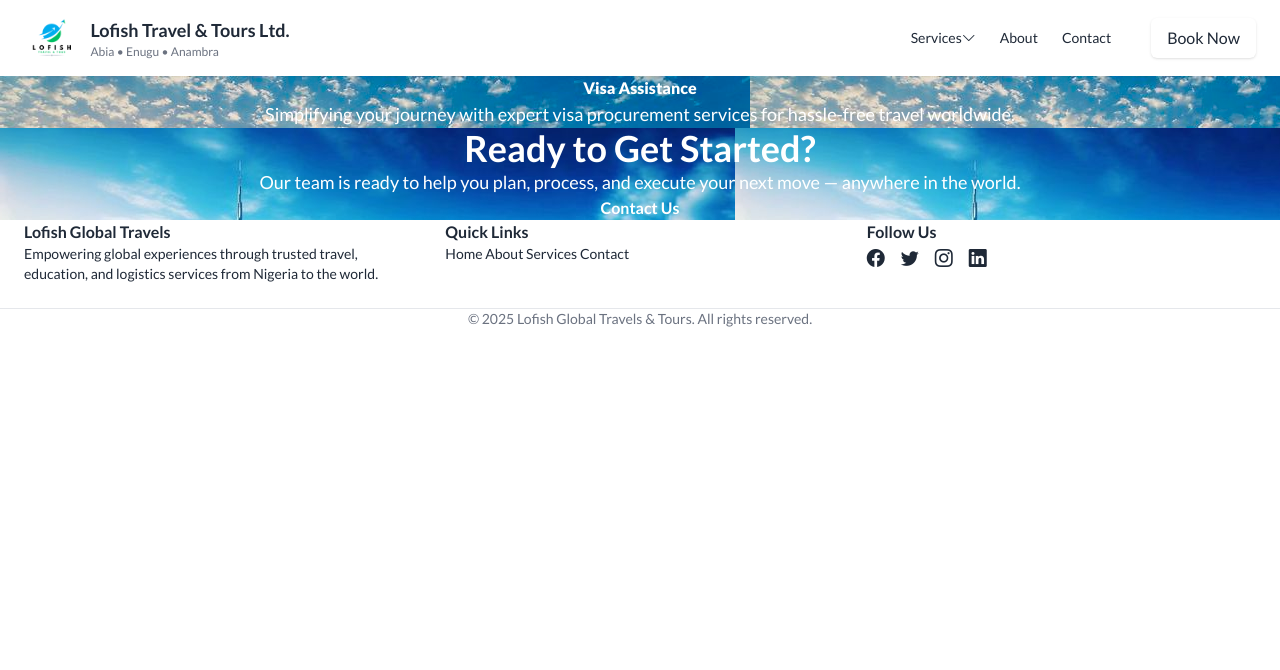
Repository: PhantomMiles/Lofish-Travels-and-Tours
Page: visa.html
An editor plug-in stored every save of this project. The page is shown before and after a run of saves, followed by the edit.
The browser window is 1280 px wide. The pictures show the whole page.

Above is the page before, as saved 2025-11-14 12:29:40.

### visa.html
<!DOCTYPE html>
<html lang="en">

<head>
  <meta charset="UTF-8" />
  <meta name="viewport" content="width=device-width, initial-scale=1.0" />
  <title>Our Services | Lofish Global Travels & Tours</title>

  <link rel="icon" type="image/png" href="img/logo_lofish.png" />
  <link rel="stylesheet" href="css/main.css">
  <link rel="stylesheet" href="node_modules/bootstrap-icons/font/bootstrap-icons.min.css">
  <link rel="preconnect" href="https://fonts.googleapis.com">
  <link rel="preconnect" href="https://fonts.gstatic.com" crossorigin>
  <link href="https://fonts.googleapis.com/css2?family=Lato:wght@300;400;700;900&display=swap" rel="stylesheet">
  <link rel="stylesheet" href="https://cdn.jsdelivr.net/npm/bootstrap-icons@1.11.3/font/bootstrap-icons.css">
  <style>
    /* small helper to keep font consistent */
    body { font-family: 'Lato', system-ui, -apple-system, "Segoe UI", Roboto, "Helvetica Neue", Arial; };
  </style>
</head>

<body class="antialiased text-gray-800 bg-teal-500/5">


  <!-- ========================================================= -->
  <!-- HEADER (EXACT COPY FROM ABOUT.HTML) -->
  <!-- ========================================================= -->
  <header class="sticky top-0 z-50 w-full bg-white shadow-sm">
    <div class="flex items-center justify-between px-6 py-4 mx-auto max-w-7xl">
        <a class="flex items-center gap-3" href="index.html">
        <img src="img/logo_lofish.png" alt="Lofish logo" class="object-contain h-10 rounded-md w-14" />
        <div>
            <h1 class="text-lg font-semibold">Lofish Travel &amp; Tours Ltd.</h1>
            <p class="text-xs text-gray-500">Abia • Enugu • Anambra</p>
        </div>
        </a>

        <!-- Desktop nav -->
        <nav class="items-center hidden gap-6 md:flex">
        <!-- Services dropdown (desktop) -->
        <div class="relative" id="servicesDropdownWrapper">
            <button id="servicesBtn" aria-expanded="false" class="flex items-center gap-2 py-1 text-sm font-medium text-gray-700  focus:outline-none group">
            Services
            <i class="bi bi-chevron-down"></i>
            <span class="absolute left-0 bottom-0 h-0.5 bg-teal-500 transition-all duration-300 w-full"></span>
            </button>

            <!-- dropdown panel -->
            <div id="servicesDropdown" class="absolute right-0 invisible w-56 mt-2 transition-all origin-top-right transform scale-95 bg-white rounded-md shadow-lg opacity-0 pointer-events-none ring-1 ring-black ring-opacity-5">
            <div class="py-2">
                <a href="visa.html" class="block px-4 py-2 text-sm text-gray-700 hover:bg-teal-700/10">Visa Procurement</a>
                <a href="flights.html" class="block px-4 py-2 text-sm text-gray-700 hover:bg-teal-700/10">Flight Ticketing</a>
                <a href="hotels.html" class="block px-4 py-2 text-sm text-gray-700 hover:bg-teal-700/10">Hotel Reservations</a>
                <a href="freight.html" class="block px-4 py-2 text-sm text-gray-700 hover:bg-teal-700/10">Freight &amp; Customs</a>
            </div>
            </div>
        </div>

        <a href="about.html" class="relative block py-1 mb-2 text-sm font-medium text-gray-700 transition-all duration-500 cursor-pointer md:mb-0 lg:text-left group">About
            <span class="absolute left-0 bottom-0 w-0 h-0.5 bg-teal-500 transition-all duration-300 group-hover:w-full"></span>
        </a>
        <a href="contact.html" class="relative block py-1 mb-2 text-sm font-medium text-gray-700 transition-all duration-500 cursor-pointer  md:mb-0 lg:text-left group">Contact
            <span class="absolute left-0 bottom-0 w-0 h-0.5 bg-teal-500 transition-all duration-300 group-hover:w-full"></span>
        </a>

        <button id="bookBtn" class="px-4 py-2 ml-4 font-medium text-black transition rounded-md shadow bg-gold hover:brightness-95">Book Now</button>
        </nav>

        <!-- Mobile toggle -->
        <div class="flex items-center gap-2 md:hidden">
        <button id="bookBtnMobile" class="px-3 py-2 text-sm font-medium text-black rounded-md bg-gold">Book</button>
        <button id="menuBtn" aria-expanded="false" class="p-2 border rounded-md">
            <svg xmlns="http://www.w3.org/2000/svg" class="w-6 h-6" fill="none" viewBox="0 0 24 24" stroke="currentColor" aria-hidden="true">
            <path stroke-linecap="round" stroke-linejoin="round" stroke-width="2" d="M4 6h16M4 12h16M4 18h16" />
            </svg>
        </button>
        </div>
    </div>

    <!-- Mobile menu (collapsible) -->
    <div id="mobileMenu" class="hidden border-t md:hidden">
        <div class="px-4 py-4 space-y-3">
        <!-- Services with collapsible submenu -->
        <div class="space-y-1">
            <button id="mobileServicesBtn" aria-expanded="false" class="flex items-center justify-between w-full px-3 py-2 text-left rounded-md hover:bg-royalBlue/5">
            <span class="font-medium">Services</span>
            <svg class="w-4 h-4 text-gray-600" viewBox="0 0 24 24" fill="none" stroke="currentColor"><path stroke-linecap="round" stroke-linejoin="round" stroke-width="2" d="M19 9l-7 7-7-7"/></svg>
            </button>
            <div id="mobileServicesPanel" class="hidden pl-4 space-y-1">
            <a href="visa.html" class="block px-3 py-2 text-sm rounded-md hover:bg-royalBlue/5">Visa Procurement</a>
            <a href="flights.html" class="block px-3 py-2 text-sm rounded-md hover:bg-royalBlue/5">Flight Ticketing</a>
            <a href="hotels.html" class="block px-3 py-2 text-sm rounded-md hover:bg-royalBlue/5">Hotel Reservations</a>
            <a href="freight.html" class="block px-3 py-2 text-sm rounded-md hover:bg-royalBlue/5">Freight &amp; Customs</a>
            </div>
        </div>

        <a href="about.html" class="block px-3 py-2 rounded-md hover:bg-royalBlue/5">About</a>
        <a href="contact.html" class="block px-3 py-2 rounded-md hover:bg-royalBlue/5">Contact</a>
        </div>
    </div>
  </header>

  <!-- ========================================================= -->
  <!-- HERO SECTION -->
  <!-- ========================================================= -->
  <section class="relative overflow-hidden  bg-no-repeat bg-fixed bg-cover bg-center py-28" style="background-image:url('./img/services-hero.jpg');">
    <div class="absolute inset-0 bg-black/50"></div>
    <div class="relative z-10 max-w-4xl px-6 mx-auto text-center text-white">
      <h1 class="mb-4 text-5xl font-extrabold">Visa Assistance</h1>
      <p class="text-lg text-gray-200">
        Simplifying your journey with expert visa procurement services for hassle-free travel worldwide.
      </p>
    </div>
  </section>

  <!-- ========================================================= -->
    <!-- MAIN CONTENT -->
    <section class="">

    </section>


  <!-- ========================================================= -->
  <!-- CTA SECTION -->
  <!-- ========================================================= -->
  <section class="relative py-20 text-center text-white bg-fixed bg-center bg-cover"
    style="background-image:url('./img/cta.jpg');">
    <div class="absolute inset-0 bg-black/70"></div>

    <div class="relative z-10 max-w-3xl mx-auto px-6">
      <h2 class="text-4xl font-bold mb-4">Ready to Get Started?</h2>
      <p class="text-lg text-blue-100 mb-6">
        Our team is ready to help you plan, process, and execute your next move — anywhere in the world.
      </p>

      <a href="contact.html"
        class="px-8 py-3 font-semibold text-black bg-gold rounded-md hover:bg-yellow-400 transition">
        Contact Us
      </a>
    </div>
  </section>



  <!-- ========================================================= -->
  <!-- FOOTER (EXACT COPY FROM ABOUT PAGE) -->
  <!-- ========================================================= -->
  <footer class="py-10 text-gray-300 bg-gray-900">
    <div class="grid gap-8 px-6 mx-auto max-w-7xl md:grid-cols-3">
      <div>
        <h3 class="mb-4 text-xl font-bold text-gold">Lofish Global Travels</h3>
        <p class="text-sm text-gray-400">
          Empowering global experiences through trusted travel, education, and logistics services from Nigeria to the world.
        </p>
      </div>

      <div>
        <h3 class="mb-4 text-xl font-bold text-gold">Quick Links</h3>
        <div class="space-x-4 space-y-4 text-sm">
          <a href="index.html" class="hover:text-gold">Home</a>
          <a href="about.html" class="hover:text-gold">About</a>
          <a href="services.html" class="hover:text-gold">Services</a>
          <a href="contact.html" class="hover:text-gold">Contact</a>
        </div>
      </div>

      <div>
        <h3 class="mb-4 text-xl font-bold text-gold">Follow Us</h3>
        <div class="flex space-x-4 gap-4 text-lg">
          <a href="#" class="hover:text-gold"><i class="bi bi-facebook"></i></a>
          <a href="#" class="hover:text-gold"><i class="bi bi-twitter"></i></a>
          <a href="#" class="hover:text-gold"><i class="bi bi-instagram"></i></a>
          <a href="#" class="hover:text-gold"><i class="bi bi-linkedin"></i></a>
        </div>
      </div>
    </div>

    <hr class="mx-auto mt-6 w-[95%]">
    <div class="mt-10 text-sm text-center text-gray-500">
      © 2025 Lofish Global Travels & Tours. All rights reserved.
    </div>
  </footer>



  <!-- ========================================================= -->
  <!-- SCRIPTS (EXACT COPY FROM ABOUT PAGE) -->
  <!-- ========================================================= -->
  <script>
    // Header toggles
    const menuBtn = document.getElementById('menuBtn');
    const mobileMenu = document.getElementById('mobileMenu');
    const bookBtn = document.getElementById('bookBtn');
    const bookBtnMobile = document.getElementById('bookBtnMobile');
    const bookingModal = document.getElementById('bookingModal');
    const closeModal = document.getElementById('closeModal');
    const modalCancel = document.getElementById('modalCancel');

    menuBtn?.addEventListener('click', () => {
      const expanded = menuBtn.getAttribute('aria-expanded') === 'true';
      menuBtn.setAttribute('aria-expanded', String(!expanded));
      mobileMenu.classList.toggle('hidden');
    });

    // Desktop Services dropdown
    const servicesBtn = document.getElementById('servicesBtn');
    const servicesDropdown = document.getElementById('servicesDropdown');
    const servicesWrapper = document.getElementById('servicesDropdownWrapper');

    function openServices() {
      servicesDropdown.classList.remove('invisible', 'opacity-0', 'pointer-events-none', 'scale-95');
      servicesDropdown.classList.add('visible', 'opacity-100', 'pointer-events-auto', 'scale-100');
      servicesBtn.setAttribute('aria-expanded', 'true');
    }
    function closeServices() {
      servicesDropdown.classList.add('invisible', 'opacity-0', 'pointer-events-none', 'scale-95');
      servicesDropdown.classList.remove('visible', 'opacity-100', 'pointer-events-auto', 'scale-100');
      servicesBtn.setAttribute('aria-expanded', 'false');
    }

    servicesBtn?.addEventListener('click', (e) => {
      e.stopPropagation();
      const expanded = servicesBtn.getAttribute('aria-expanded') === 'true';
      if (expanded) closeServices();
      else openServices();
    });

    document.addEventListener('click', (e) => {
      if (!servicesWrapper.contains(e.target)) closeServices();
    });

    const mobileServicesBtn = document.getElementById('mobileServicesBtn');
    const mobileServicesPanel = document.getElementById('mobileServicesPanel');
    mobileServicesBtn?.addEventListener('click', () => {
      const expanded = mobileServicesBtn.getAttribute('aria-expanded') === 'true';
      mobileServicesBtn.setAttribute('aria-expanded', String(!expanded));
      mobileServicesPanel.classList.toggle('hidden');
    });

    // Booking modal
    ;[bookBtn, bookBtnMobile].forEach(b => b?.addEventListener('click', () => {
      bookingModal.classList.remove('hidden');
      bookingModal.querySelector('input')?.focus();
    }));
    closeModal?.addEventListener('click', () => bookingModal.classList.add('hidden'));
    modalCancel?.addEventListener('click', () => bookingModal.classList.add('hidden'));
    bookingModal?.addEventListener('click', (e) => {
      if (e.target === bookingModal) bookingModal.classList.add('hidden');
    });

    // Reveal animation
    const obs = new IntersectionObserver((entries) => {
      entries.forEach(e => {
        if (e.isIntersecting) e.target.classList.add('opacity-100', 'translate-y-0');
      });
    }, {
      threshold: 0.15
    });

    document.querySelectorAll('article, section > .p-6').forEach(el => {
      el.classList.add('opacity-0', 'translate-y-6', 'transition', 'duration-700');
      obs.observe(el);
    });
  </script>

</body>

</html>

Loaded but not shown: node_modules/bootstrap-icons/font/bootstrap-icons.min.css (library); css/main.css (1069 lines, source omitted)

After the next 2 saves:
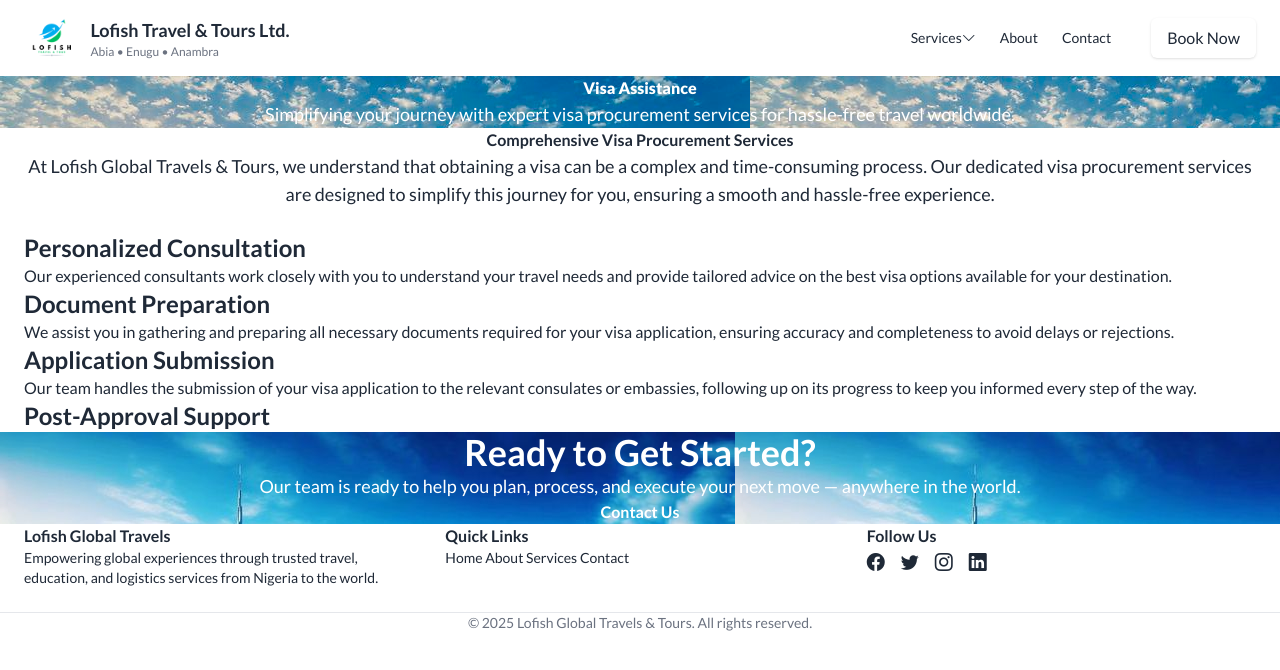
The 2 saves are shown as one change because they came seconds apart.
The last was saved 15 s later.
--- a/visa.html
+++ b/visa.html
@@ -115,7 +115,39 @@
 
   <!-- ========================================================= -->
     <!-- MAIN CONTENT -->
-    <section class="">
+    <section class="max-w-5xl px-6 py-16 mx-auto">
+      <h2 class="mb-6 text-3xl font-bold text-center">Comprehensive Visa Procurement Services</h2>
+      <p class="mb-6 text-lg text-center text-gray-700">
+        At Lofish Global Travels & Tours, we understand that obtaining a visa can be a complex and time-consuming process. Our dedicated visa procurement services are designed to simplify this journey for you, ensuring a smooth and hassle-free experience.
+      </p>
+
+      <article class="mb-8">
+        <h3 class="mb-4 text-2xl font-semibold">Personalized Consultation</h3>
+        <p class="text-gray-700">
+          Our experienced consultants work closely with you to understand your travel needs and provide tailored advice on the best visa options available for your destination.
+        </p>
+      </article>
+
+      <article class="mb-8">
+        <h3 class="mb-4 text-2xl font-semibold">Document Preparation</h3>
+        <p class="text-gray-700">
+          We assist you in gathering and preparing all necessary documents required for your visa application, ensuring accuracy and completeness to avoid delays or rejections.
+        </p>
+      </article>
+
+      <article class="mb-8">
+        <h3 class="mb-4 text-2xl font-semibold">Application Submission</h3>
+        <p class="text-gray-700">
+          Our team handles the submission of your visa application to the relevant consulates or embassies, following up on its progress to keep you informed every step of the way.
+        </p>
+      </article>
+
+      <article>
+        <h3 class="mb-4 text-2xl font-semibold">Post-Approval Support</h3>
+        <p class="text-gray-700">
+          Once your visa is approved, we provide guidance on travel arrangements and any additional requirements, ensuring you are fully prepared for your journey.
+        </p>
+      </article>
 
     </section>
 
